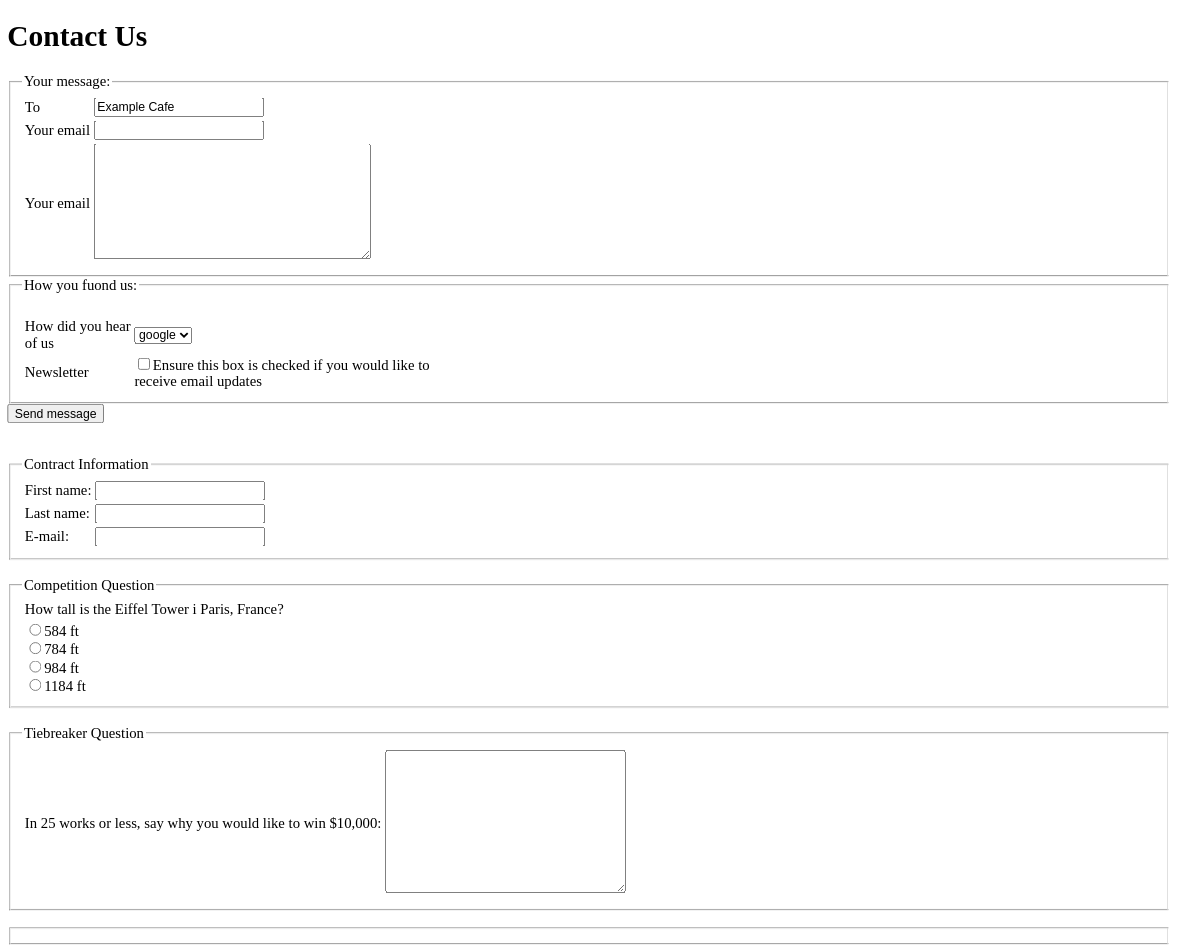
Repository: PhamChiXuan1/HTCNW_tuan3_DHCNTT16C_PhamChiXuan_20030131
Page: bt15.html
These files come from the project's save history. The page is drawn as it stood at one moment and after the next save; the edit follows.
The browser window is 1280 px wide. The pictures show the whole page, at 92% of full size.

Above is the page before, as saved 2022-02-28 12:27:53.

After the next save:
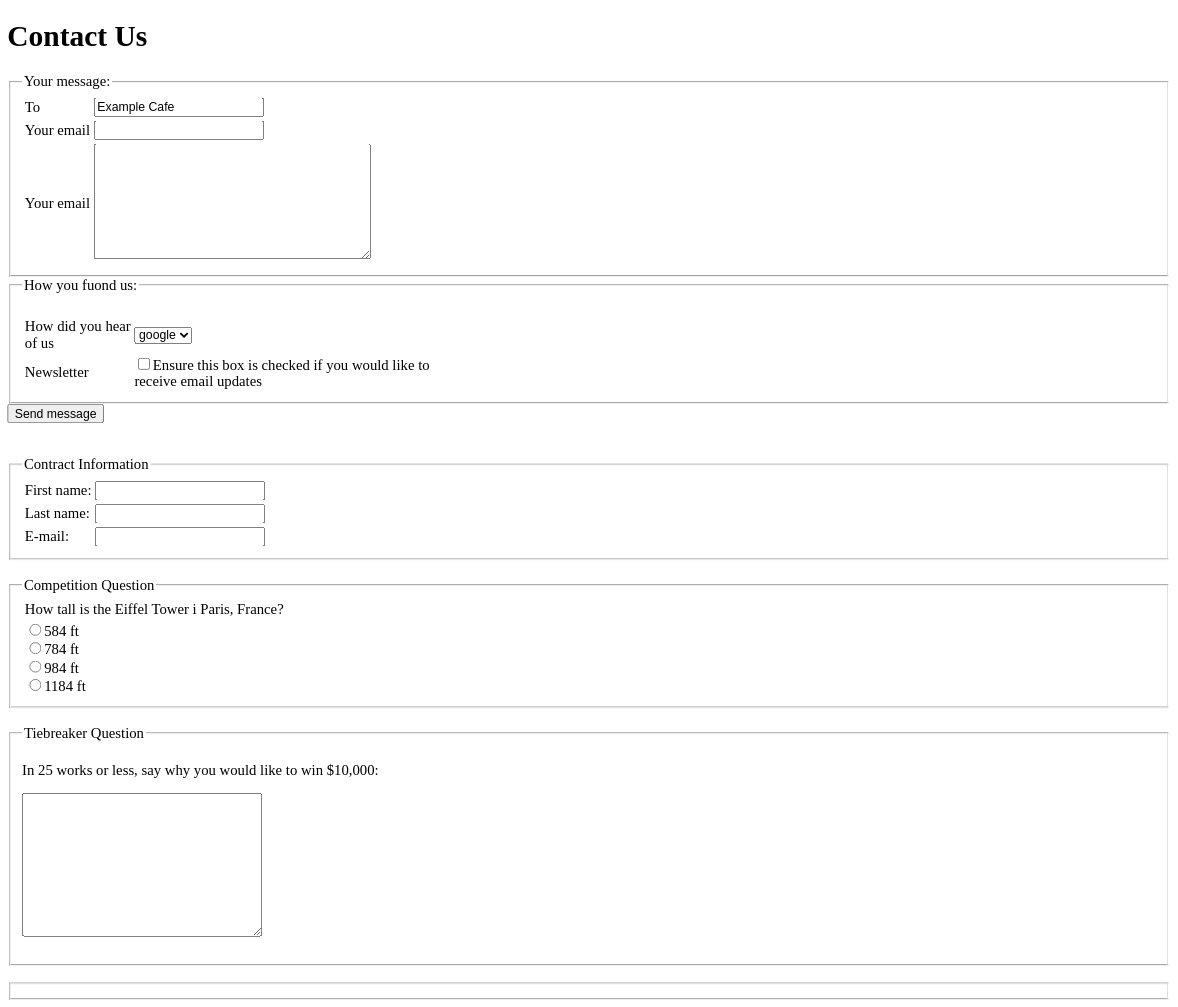
Saved 68 s later.
--- a/bt15.html
+++ b/bt15.html
@@ -88,14 +88,8 @@
     <br>
     <fieldset>
         <legend>Tiebreaker Question</legend>
-        <table>
-            <tr>
-                <td>In 25 works or less, say why you would like to win $10,000:</td>
-                <td>
-                    <textarea name="" id="" cols="30" rows="10"></textarea>
-                </td>
-            </tr>
-        </table>
+        <P>In 25 works or less, say why you would like to win $10,000:</P>
+        <P><textarea name="" id="" cols="30" rows="10"></textarea></P>
     </fieldset>
     <br>
     <fieldset>
